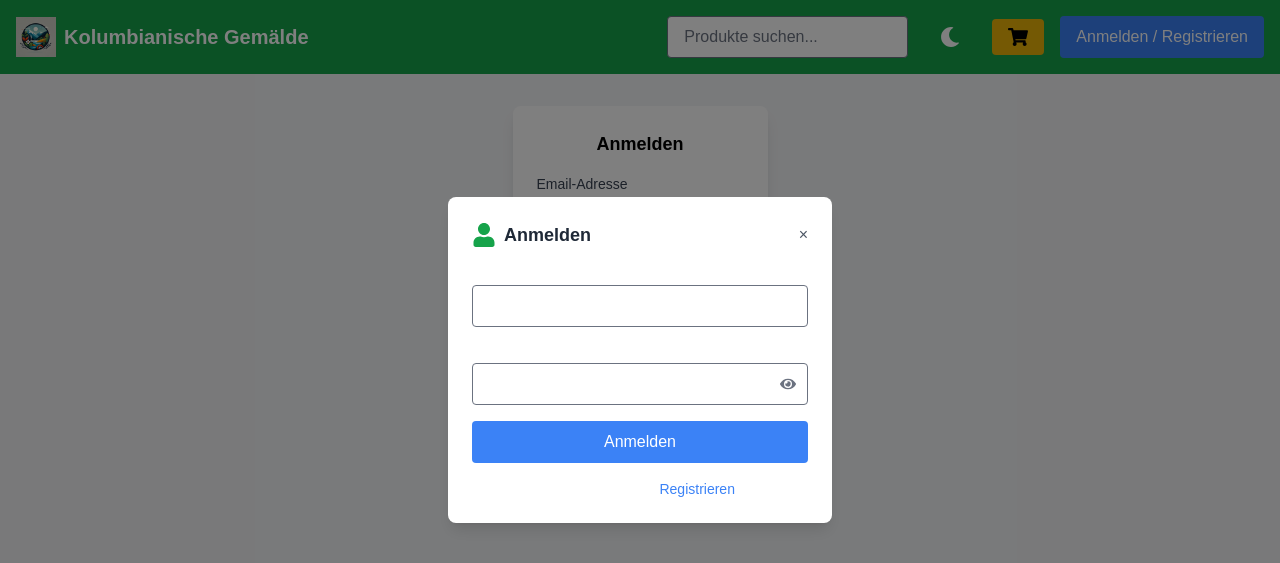
Repository: alixchaparrov/bilder-shop
Page: /, after clicking the first element matching `button.bg-blue-500`
An editor plug-in stored every save of this project. The page is shown before and after the next save, followed by the edit.
The browser window is 1280 px wide. The pictures show the whole page.
The page's requests for data from a server got no answer. The project was rebuilt for these pictures with package versions that can differ from the ones it lists, and the page was loaded fresh each time. The framework's server and built-in components were replaced by stand-ins that run in the browser. No one was signed in, and anything a server would have sent is missing. Also part of the build but not shown: next.config.ts, src/store/cartStore.ts, src/app/components/ProductCard.tsx.

Above is the page before, as saved 2025-01-06 14:33:16.

After the next save:
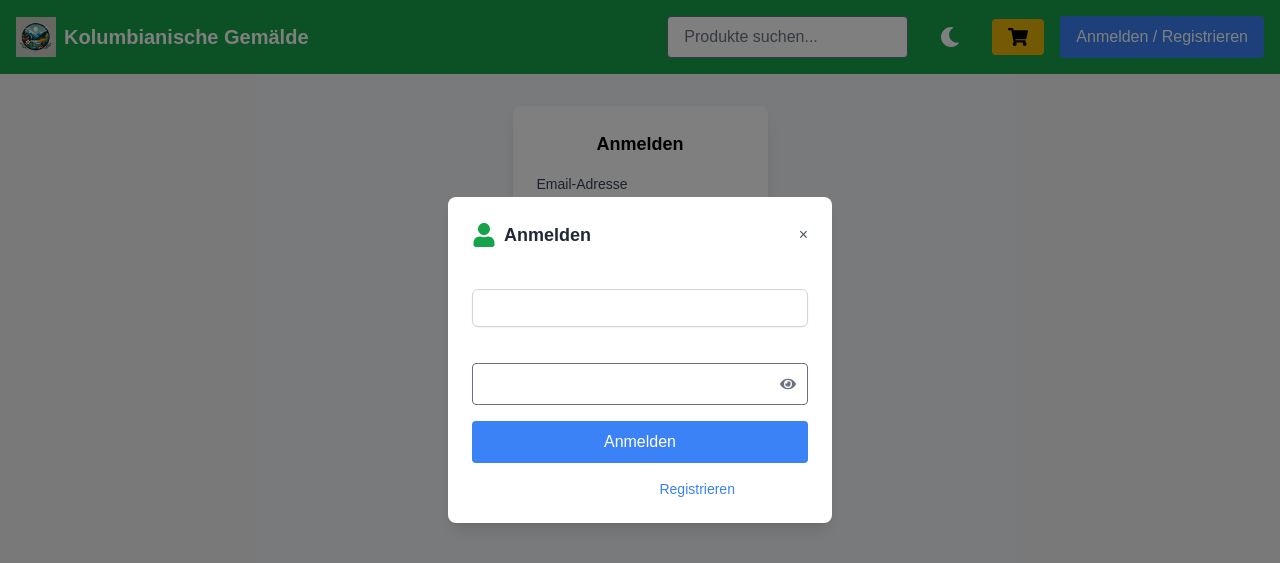
Saved 4 min 16 s later.
--- a/src/app/components/AuthModalContent.tsx
+++ b/src/app/components/AuthModalContent.tsx
@@ -83,7 +83,7 @@ export default function AuthModal({ onClose }: { onClose: () => void }) {
               type="email"
               value={email}
               onChange={(e) => setEmail(e.target.value)}
-              className="w-full p-2 border rounded"
+              className="mt-1 block w-full rounded-md border-gray-300 shadow-sm focus:ring-blue-500 focus:border-blue-500 sm:text-sm text-black"
             />
           </div>
           <div>
